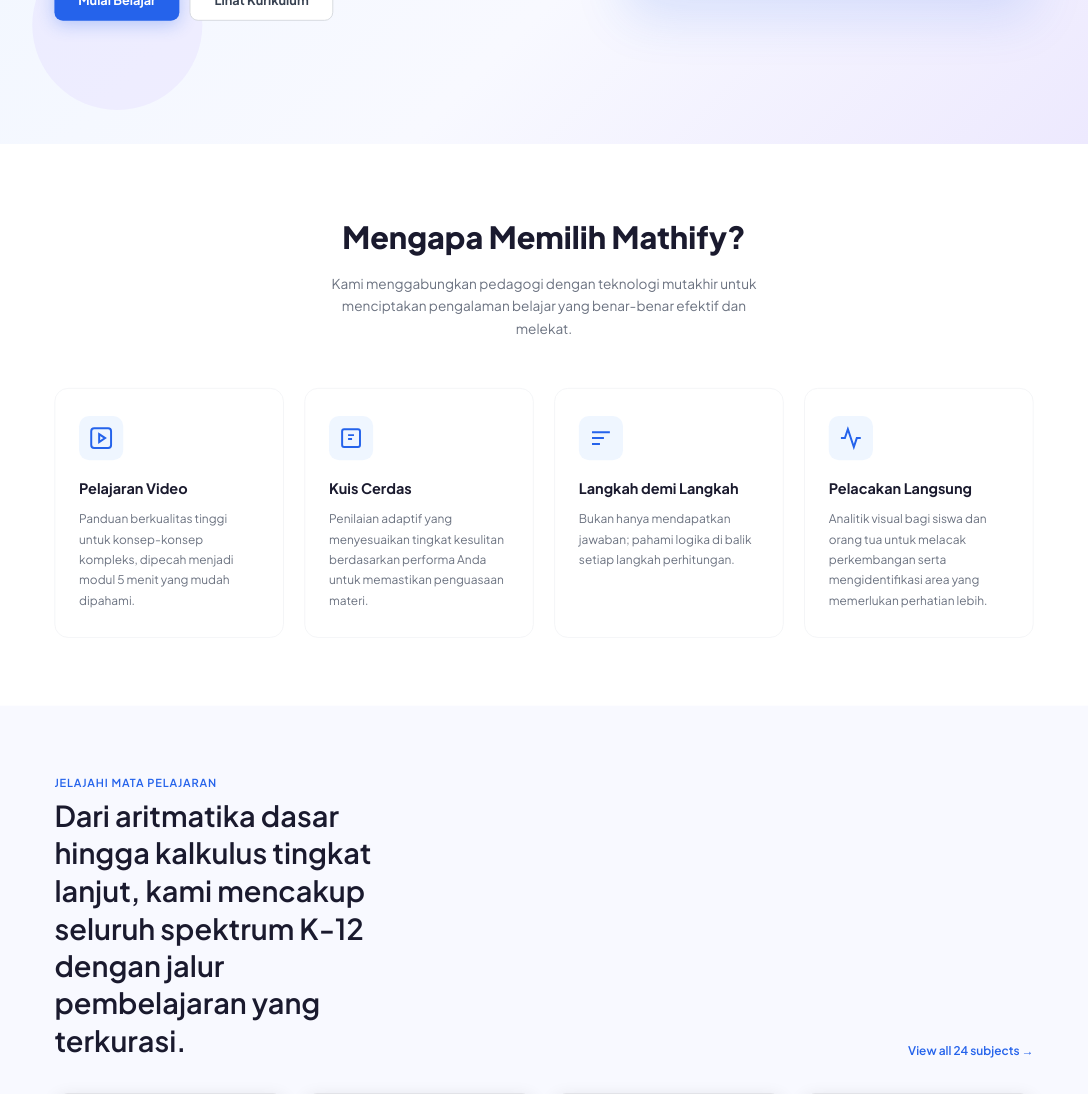
Repository: AdityaRevangga/Mathify
Page: /dashboard (app in frontend/)
The author's editor kept a copy of each file at every save. The page is drawn from the files as they stood at one save, then again after the next save.
The browser window is 1280 px wide. The pictures show the part of the page from y = 550 to 1837 px (the page is 2926 px tall before and 3016 px after), at 85% of full size.
Pictures or frames that could not be fetched are drawn as grey boxes. The page's requests for data from a server got no answer. The project was rebuilt for these pictures with package versions that can differ from the ones it lists, and the page was loaded fresh each time. No one was signed in, and anything a server would have sent is missing. Also part of the build but not shown: frontend/vite.config.js, frontend/src/index.css, frontend/src/components/Sidebar.jsx, frontend/src/components/Topbar.jsx, frontend/src/layouts/DashboardLayout.jsx, frontend/src/layouts/AuthLayout.jsx, frontend/src/layouts/MateriLayout.jsx, frontend/src/pages/LoginPage.jsx and 12 more.

Above is the page before, as saved 2026-06-02 14:24:56.

After the next save:
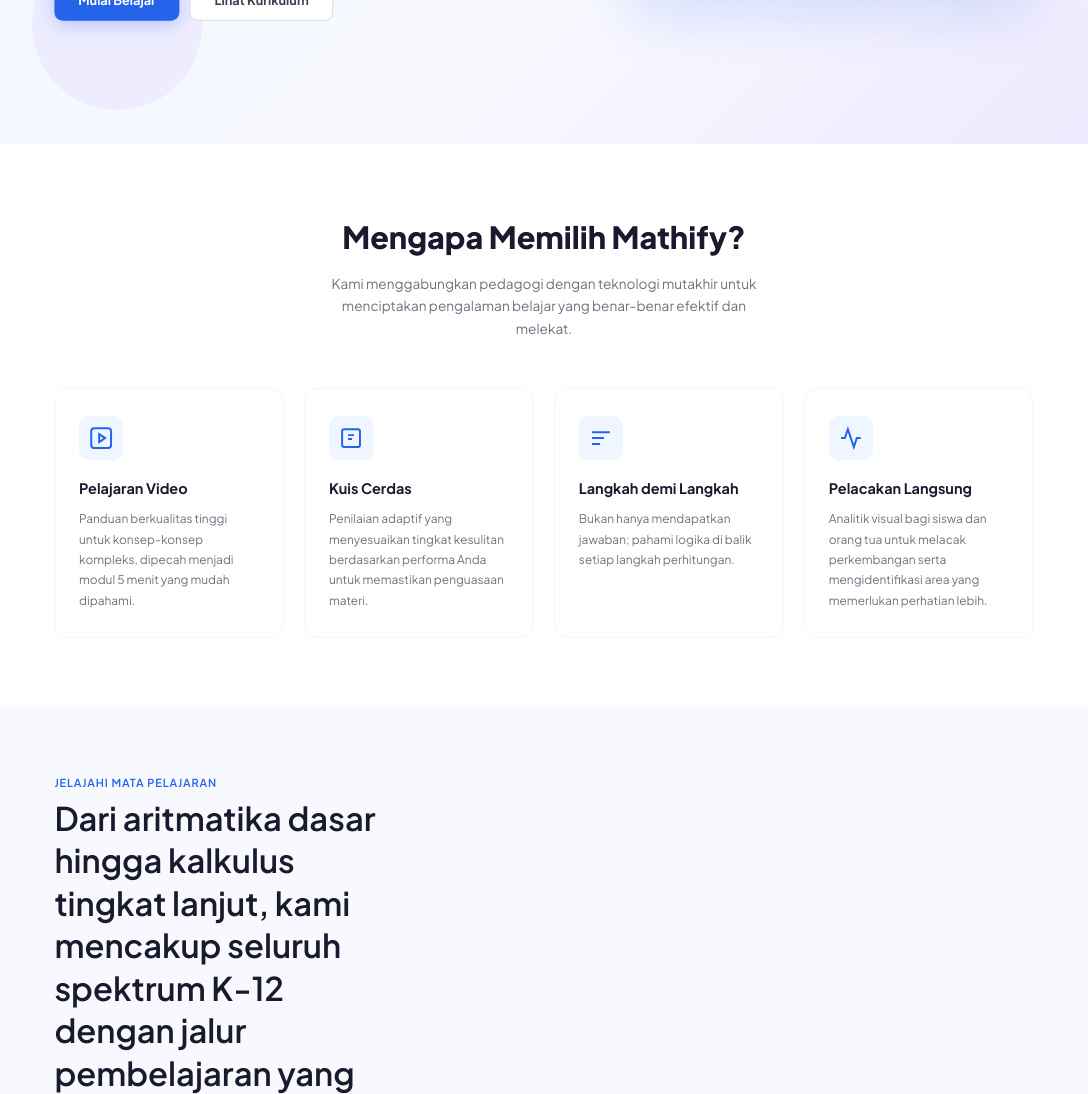
Saved 11 s later.
--- a/frontend/src/pages/LandingPage.jsx
+++ b/frontend/src/pages/LandingPage.jsx
@@ -216,7 +216,7 @@
           <div style={{ display: 'flex', justifyContent: 'space-between', alignItems: 'flex-end', marginBottom: 40, flexWrap: 'wrap', gap: 16 }}>
             <div>
               <p style={{ fontSize: 13, fontWeight: 600, color: '#2563EB', marginBottom: 6, textTransform: 'uppercase', letterSpacing: 1 }}>Jelajahi Mata Pelajaran</p>
-              <h2 style={{ fontSize: 'clamp(12px, 3vw, 34px)', fontWeight: 600, lineHeight: 1.3, maxWidth: 400 }}>
+              <h2 style={{ fontSize: 'clamp(12px, 3vw, 50px)', fontWeight: 600, lineHeight: 1.3, maxWidth: 400 }}>
                 Dari aritmatika dasar hingga kalkulus tingkat lanjut, kami mencakup seluruh spektrum K-12 dengan jalur pembelajaran yang terkurasi.
               </h2>
             </div>

After the 2 saves that followed:
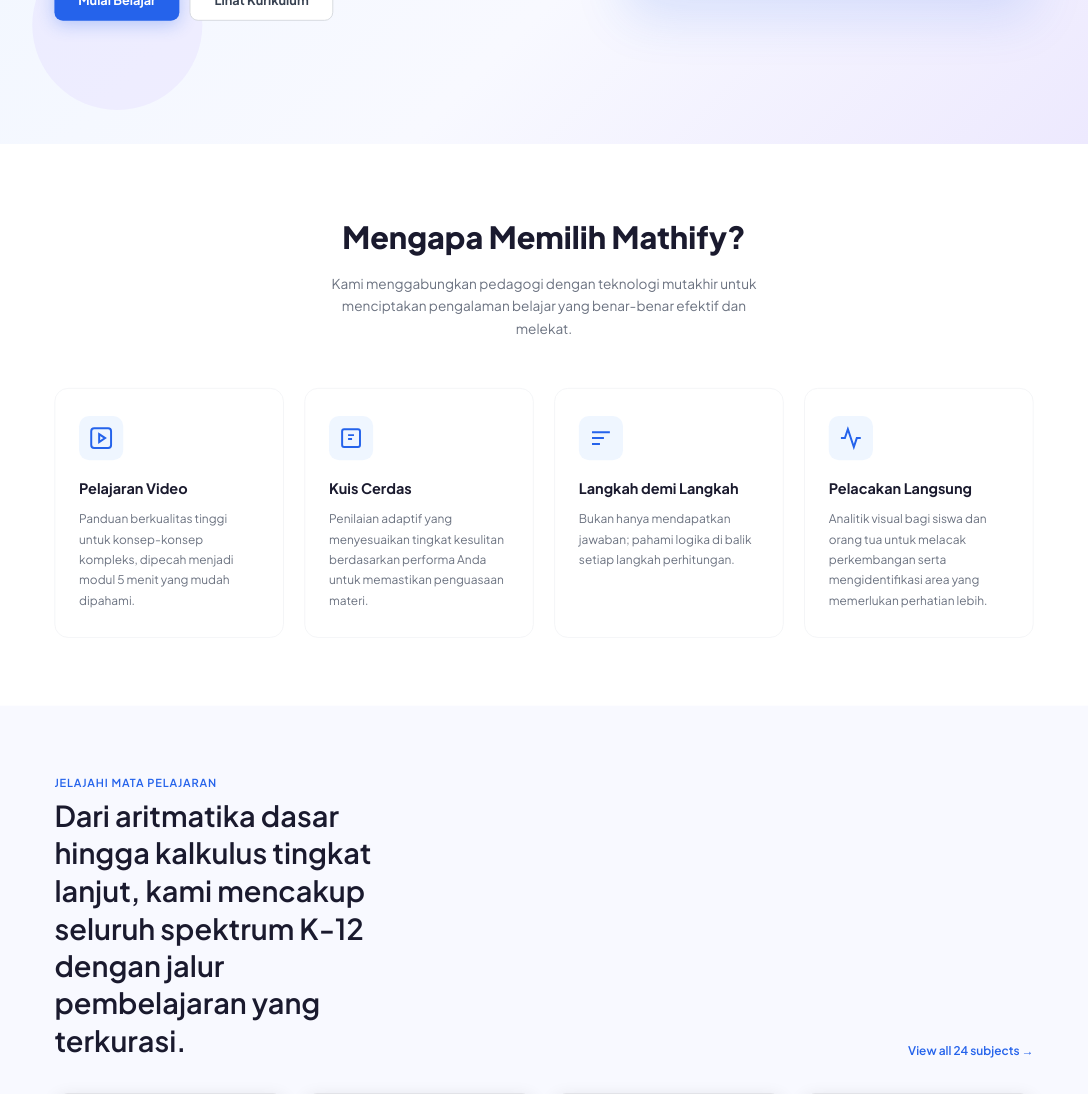
The 2 saves are shown as one change because they came seconds apart.
The last was saved 11 s later.
--- a/frontend/src/pages/LandingPage.jsx
+++ b/frontend/src/pages/LandingPage.jsx
@@ -216,7 +216,7 @@
           <div style={{ display: 'flex', justifyContent: 'space-between', alignItems: 'flex-end', marginBottom: 40, flexWrap: 'wrap', gap: 16 }}>
             <div>
               <p style={{ fontSize: 13, fontWeight: 600, color: '#2563EB', marginBottom: 6, textTransform: 'uppercase', letterSpacing: 1 }}>Jelajahi Mata Pelajaran</p>
-              <h2 style={{ fontSize: 'clamp(12px, 3vw, 50px)', fontWeight: 600, lineHeight: 1.3, maxWidth: 400 }}>
+              <h2 style={{ fontSize: 'clamp(12px, 3vw, 34px)', fontWeight: 600, lineHeight: 1.3, maxWidth: 400 }}>
                 Dari aritmatika dasar hingga kalkulus tingkat lanjut, kami mencakup seluruh spektrum K-12 dengan jalur pembelajaran yang terkurasi.
               </h2>
             </div>
